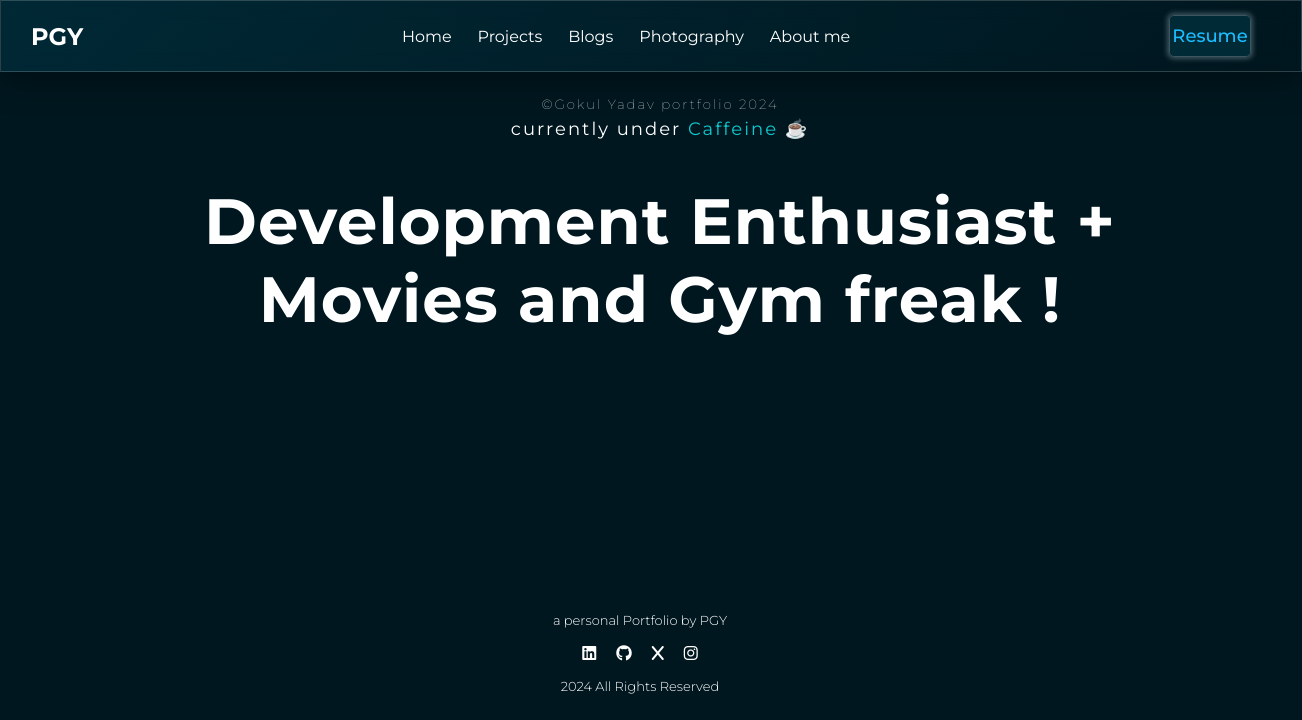
Repository: pgyunknown/pgyunknown
Page: aboutme.html
These files come from the project's save history. The page is drawn as it stood at one moment and after a run of saves; the edit follows.
The browser window is 1280 px wide. The page is 1302 px wide, so the pictures cover 1302 px, including what lies to the right of the window. The pictures show the whole page.
Some web libraries are served in a nearby version.

Above is the page before, as saved 2024-08-23 17:50:46.

After the next 2 saves:
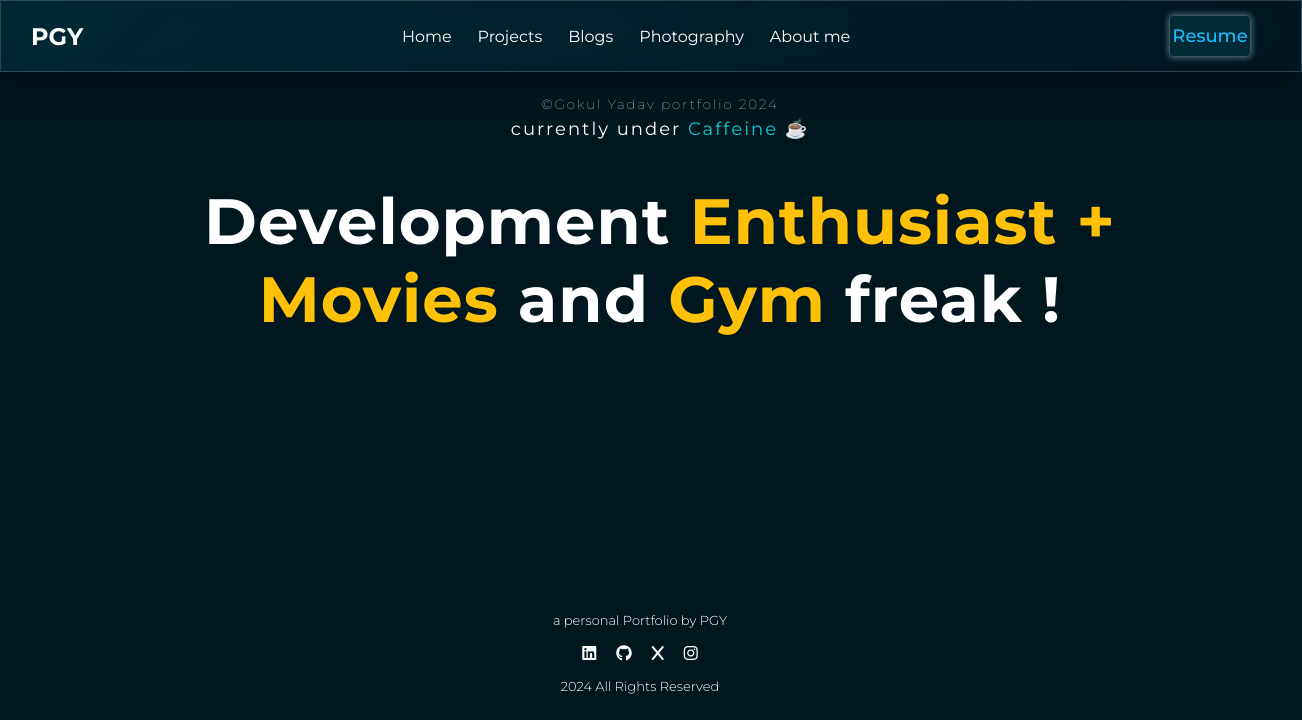
The 2 saves are shown as one change because they came seconds apart.
The last was saved 4 s later.
--- a/aboutme.css
+++ b/aboutme.css
@@ -162,7 +162,7 @@ main .about{
 }
 
 main .about span{
-
+    color: #FFC107;
 }
 
 footer{
